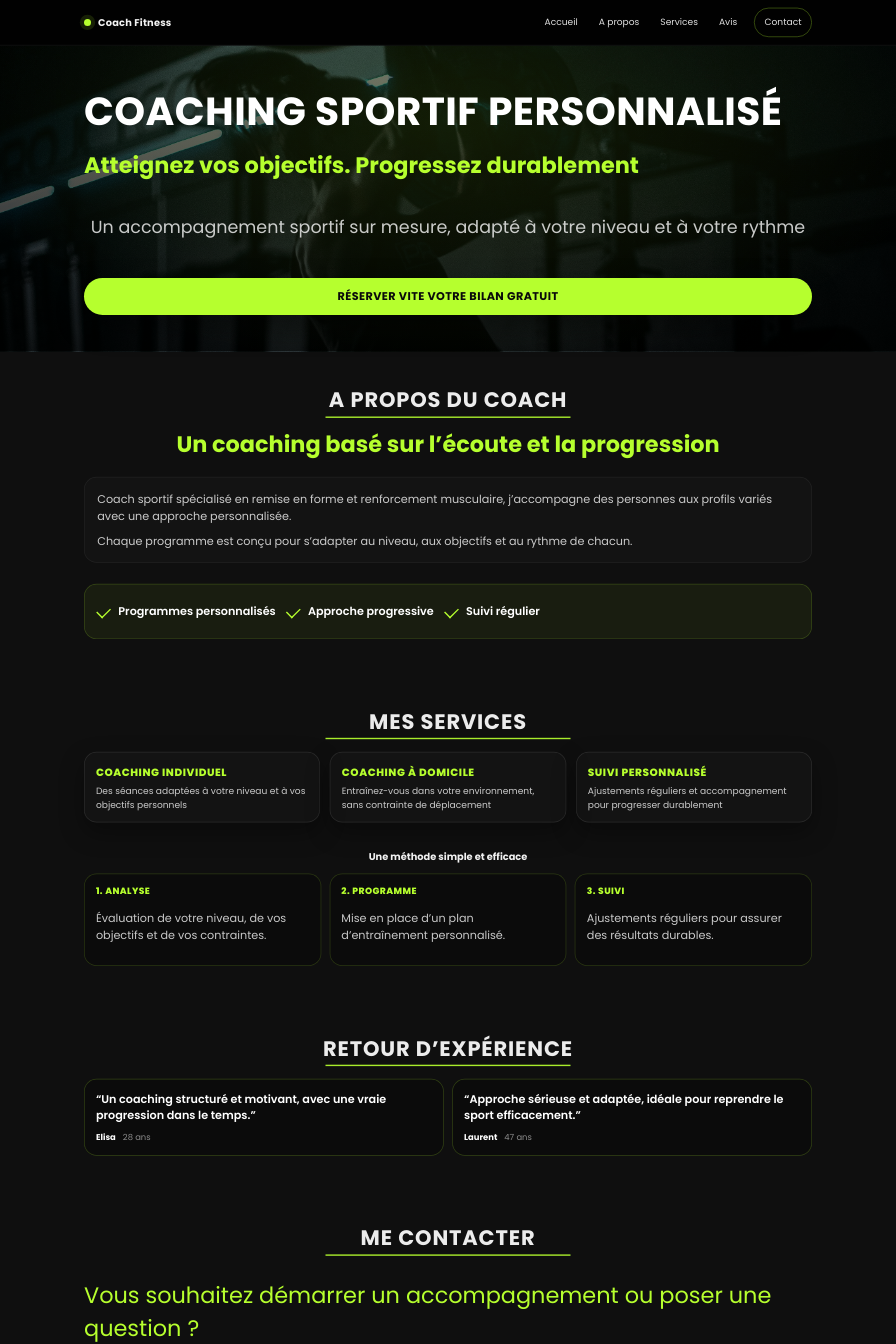
Repository: ThomasHdrd/CoachFitness
Page: index.html
The author's editor kept a copy of each file at every save. The page is drawn from the files as they stood at one save, then again after the next save.
The browser window is 1280 px wide. The pictures show the part of the page from y = 0 to 1920 px (the page is 3212 px tall), at 70% of full size.

Above is the page before, as saved 2026-01-20 22:15:18.

### index.html
<!doctype html>
<html lang="fr">
<head>
  <meta charset="utf-8" />
  <meta name="viewport" content="width=device-width, initial-scale=1" />
  <title>Coach Fitness — Landing Page</title>

  <!-- Poppins -->
  <link rel="preconnect" href="https://fonts.googleapis.com">
  <link rel="preconnect" href="https://fonts.gstatic.com" crossorigin>
  <link href="https://fonts.googleapis.com/css2?family=Poppins:wght@300;400;500;600;700;800&display=swap" rel="stylesheet">

  <link rel="stylesheet" href="styles.css" />
</head>
<body>
  <!-- Header -->
  <header class="site-header" id="top">
    <div class="container header-inner">
      <a class="brand" href="#top" aria-label="Retour en haut">
        <span class="brand-dot" aria-hidden="true"></span>
        <span class="brand-text">Coach Fitness</span>
      </a>

      <button class="nav-toggle" aria-controls="site-nav" aria-expanded="false">
        <span class="sr-only">Ouvrir le menu</span>
        <span class="burger" aria-hidden="true"></span>
      </button>

      <nav class="site-nav" id="site-nav" aria-label="Navigation principale">
        <a class="nav-link" href="#accueil">Accueil</a>
        <a class="nav-link" href="#apropos">A propos</a>
        <a class="nav-link" href="#services">Services</a>
        <a class="nav-link" href="#avis">Avis</a>
        <a class="nav-link nav-cta" href="#contact">Contact</a>
      </nav>
    </div>
  </header>

  <main>
    <!-- HERO -->
    <section class="hero" id="accueil">
      <div class="hero-overlay" aria-hidden="true"></div>
      <div class="container hero-content">
        <p class="hero-kicker">Coaching sportif personnalisé</p>
        <h1 class="hero-title accent">Atteignez vos objectifs. Progressez durablement</h1>
        <p class="hero-subtitle">
          Un accompagnement sportif sur mesure, adapté à votre niveau et à votre rythme
        </p>
        <a class="btn btn-primary" href="#contact">RÉSERVER VITE VOTRE BILAN GRATUIT</a>
      </div>
    </section>

    <!-- A PROPOS -->
    <section class="section" id="apropos">
      <div class="container">
        <h2 class="section-title">A PROPOS DU COACH</h2>
        <h3 class="section-lead accent">Un coaching basé sur l’écoute et la progression</h3>

        <div class="about-grid">
          <div class="about-text">
            <p class="muted">
              Coach sportif spécialisé en remise en forme et renforcement musculaire, j’accompagne des personnes aux profils variés
              avec une approche personnalisée.
            </p>
            <p class="muted">
              Chaque programme est conçu pour s’adapter au niveau, aux objectifs et au rythme de chacun.
            </p>
          </div>
        </div>
        <div class="about-list">
            <ul class="checks">
                <li>Programmes personnalisés</li>
                <li>Approche progressive</li>
                <li>Suivi régulier</li>
            </ul>
        </div>
      </div>
    </section>

    <!-- SERVICES -->
    <section class="section" id="services">
      <div class="container">
        <h2 class="section-title">MES SERVICES</h2>

        <div class="cards">
          <article class="card">
            <h3 class="card-title accent">COACHING INDIVIDUEL</h3>
            <p class="card-text">Des séances adaptées à votre niveau et à vos objectifs personnels</p>
          </article>

          <article class="card">
            <h3 class="card-title accent">COACHING À DOMICILE</h3>
            <p class="card-text">Entraînez-vous dans votre environnement, sans contrainte de déplacement</p>
          </article>

          <article class="card">
            <h3 class="card-title accent">SUIVI PERSONNALISÉ</h3>
            <p class="card-text">Ajustements réguliers et accompagnement pour progresser durablement</p>
          </article>
        </div>

        <div class="method">
          <h3 class="method-title">Une méthode simple et efficace</h3>

          <div class="method-steps">
            <div class="step">
              <div class="step-num accent">1. ANALYSE</div>
              <p class="muted">Évaluation de votre niveau, de vos objectifs et de vos contraintes.</p>
            </div>
            <div class="step">
              <div class="step-num accent">2. PROGRAMME</div>
              <p class="muted">Mise en place d’un plan d’entraînement personnalisé.</p>
            </div>
            <div class="step">
              <div class="step-num accent">3. SUIVI</div>
              <p class="muted">Ajustements réguliers pour assurer des résultats durables.</p>
            </div>
          </div>
        </div>
      </div>
    </section>

    <!-- AVIS -->
    <section class="section" id="avis">
      <div class="container">
        <h2 class="section-title">RETOUR D’EXPÉRIENCE</h2>

        <div class="testimonials">
          <figure class="testimonial">
            <blockquote>
              “Un coaching structuré et motivant, avec une vraie progression dans le temps.”
            </blockquote>
            <figcaption>
              <span class="name">Elisa</span>
              <span class="meta">28 ans</span>
            </figcaption>
          </figure>

          <figure class="testimonial">
            <blockquote>
              “Approche sérieuse et adaptée, idéale pour reprendre le sport efficacement.”
            </blockquote>
            <figcaption>
              <span class="name">Laurent</span>
              <span class="meta">47 ans</span>
            </figcaption>
          </figure>
        </div>
      </div>
    </section>

    <!-- CONTACT -->
    <section class="section" id="contact">
      <div class="container">
        <h2 class="section-title">ME CONTACTER</h2>
        <p class="contact-lead accent">
          Vous souhaitez démarrer un accompagnement ou poser une question ?<br />
          N’hésitez pas à me contacter.
        </p>

        <form class="form" id="contactForm" novalidate>
          <div class="field">
            <label for="nom">Nom</label>
            <input id="nom" name="nom" type="text" autocomplete="family-name" required />
            <small class="error" data-error-for="nom"></small>
          </div>

          <div class="field">
            <label for="prenom">Prénom</label>
            <input id="prenom" name="prenom" type="text" autocomplete="given-name" required />
            <small class="error" data-error-for="prenom"></small>
          </div>

          <div class="field">
            <label for="email">Email</label>
            <input id="email" name="email" type="email" autocomplete="email" required />
            <small class="error" data-error-for="email"></small>
          </div>

          <div class="field">
            <label for="message">Message</label>
            <textarea id="message" name="message" rows="5" required></textarea>
            <small class="error" data-error-for="message"></small>
          </div>

          <button class="btn btn-primary btn-wide" type="submit">ENVOYER</button>
          <p class="form-note muted" id="formStatus" role="status" aria-live="polite"></p>
        </form>
      </div>
    </section>

    <!-- FAQ -->
    <section class="section" id="faq">
      <div class="container">
        <h2 class="section-title">QUESTIONS FRÉQUENTES</h2>

        <div class="faq">
          <details class="faq-item" open>
            <summary>À qui s’adresse le coaching ?</summary>
            <div class="faq-body muted">
              Le coaching s’adresse à toute personne souhaitant reprendre le sport, améliorer sa condition physique ou atteindre un objectif précis
              (remise en forme, renforcement musculaire, perte de poids, bien-être). Les programmes sont adaptés au niveau, au rythme et aux contraintes de chacun.
            </div>
          </details>

          <details class="faq-item">
            <summary>Faut-il déjà être sportif pour commencer ?</summary>
            <div class="faq-body muted">
              Non. Le coaching s’adapte à votre niveau actuel. La progression est construite étape par étape, avec une intensité ajustée.
            </div>
          </details>

          <details class="faq-item">
            <summary>Comment se déroule le suivi ?</summary>
            <div class="faq-body muted">
              Après une analyse de votre situation, un programme personnalisé est mis en place puis ajusté régulièrement selon vos retours et votre progression.
            </div>
          </details>

          <details class="faq-item">
            <summary>Le coaching se fait-il à domicile ou en salle ?</summary>
            <div class="faq-body muted">
              Les deux sont possibles. Le format dépend de vos préférences, de votre matériel et de vos contraintes de planning.
            </div>
          </details>

          <details class="faq-item">
            <summary>Le premier échange est-il gratuit ?</summary>
            <div class="faq-body muted">
              Oui. Le premier échange permet de comprendre votre besoin et de déterminer l’accompagnement le plus adapté, sans engagement.
            </div>
          </details>
        </div>
      </div>
    </section>
  </main>

  <!-- Footer -->
  <footer class="site-footer">
    <div class="container footer-inner">
      <p class="footer-tag muted">Coaching personnalisé • Progression durable • Bien-être</p>
      <p class="footer-copy muted">© 2026 Coach Sportif Indépendant • Tous droits réservés.</p>
    </div>
  </footer>

  <script src="app.js" defer></script>
</body>
</html>

### styles.css
:root{
  --bg: #0F0F0F;            /* demandé */
  --bar: rgba(0,0,0,.90);   /* header/footer */
  --accent: #B6FF2E;        /* demandé */
  --text: #FFFFFF;
  --muted: rgba(255,255,255,.78);
  --muted2: rgba(255,255,255,.62);
  --line: rgba(182,255,46,.38);
  --card: rgba(255,255,255,.04);
  --shadow: 0 16px 40px rgba(0,0,0,.45);
  --radius: 14px;
  --radius-lg: 18px;
  --max: 1040px;
}

*{ box-sizing: border-box; }
html{ scroll-behavior: smooth; }
body{
  margin:0;
  font-family: "Poppins", system-ui, -apple-system, Segoe UI, Roboto, Arial, sans-serif;
  background: var(--bg);
  color: var(--text);
}

.container{
  width:min(100% - 40px, var(--max));
  margin-inline:auto;
}

.sr-only{
  position:absolute;
  width:1px;height:1px;
  padding:0;margin:-1px;
  overflow:hidden;clip:rect(0,0,0,0);
  white-space:nowrap;border:0;
}

/* Header */
.site-header{
  position: sticky;
  top: 0;
  z-index: 50;
  background: var(--bar);
  backdrop-filter: blur(8px);
  border-bottom: 1px solid rgba(255,255,255,.06);
}

.header-inner{
  height: 64px;
  display:flex;
  align-items:center;
  justify-content:space-between;
  gap: 14px;
}

.brand{
  display:flex;
  align-items:center;
  gap:10px;
  text-decoration:none;
  color: var(--text);
  font-weight: 700;
  letter-spacing:.3px;
}
.brand-dot{
  width:10px;height:10px;
  border-radius:999px;
  background: var(--accent);
  box-shadow: 0 0 0 6px rgba(182,255,46,.12);
}
.brand-text{ font-size: 14px; opacity:.95; }

.site-nav{
  display:flex;
  align-items:center;
  gap: 18px;
}
.nav-link{
  color: var(--text);
  text-decoration:none;
  font-size: 13px;
  opacity: .88;
  transition: opacity .2s ease, color .2s ease;
  padding: 10px 6px;
}
.nav-link:hover{ opacity:1; color: var(--accent); }

.nav-cta{
  border: 1px solid rgba(182,255,46,.45);
  border-radius: 999px;
  padding: 10px 14px;
}
.nav-cta:hover{
  background: rgba(182,255,46,.10);
}

/* Mobile nav */
.nav-toggle{
  display:none;
  border:0;
  background: transparent;
  color: var(--text);
  padding: 10px;
  border-radius: 10px;
}
.nav-toggle:hover{ background: rgba(255,255,255,.06); }
.burger{
  width: 22px; height: 2px;
  display:block;
  background: var(--text);
  position: relative;
}
.burger::before,.burger::after{
  content:"";
  position:absolute;
  left:0;
  width:22px;height:2px;
  background: var(--text);
}
.burger::before{ top:-7px; }
.burger::after{ top:7px; }

/* Hero */
.hero{
  position: relative;
  min-height: 50vh;
  display:flex;
  align-items:center;
  padding: 52px 0;
  background:
    linear-gradient(180deg, rgba(0,0,0,.55), rgba(0,0,0,.88)),
    url("assets/hero.jpg") center/cover no-repeat;
  background-position: center 30%;
}
.hero-overlay{
  position:absolute;
  inset:0;
  background: radial-gradient(1200px 600px at 50% 25%, rgba(182,255,46,.10), transparent 60%);
  pointer-events:none;
}
.hero-content{
  position:relative;
  text-align:center;
}
.hero-kicker{
  margin:0 0 10px;
  font-size: 56px;
  max-width: fit-content;
  letter-spacing: .6px;
  text-transform: uppercase;
  font-weight: bold;
}
.hero-title{
  margin: 0 auto;
  font-size: 40px;
  max-width: fit-content;
  margin:0 0 10px;
}
.hero-title .accent{
  display:block;
  color: var(--accent);
  font-weight: 800;
  text-transform:none;
  margin-top: 8px;
  max-width: fit-content;
}
.hero-subtitle{
  margin: 16px auto 22px;
  padding-top: 30px;
  color: var(--muted);
  font-size: 25px;
  line-height: 1.55;
  padding-bottom: 30px;
}

/* Buttons */
.btn{
  display:inline-flex;
  align-items:center;
  justify-content:center;
  gap:10px;
  text-decoration:none;
  border: 0;
  cursor:pointer;
  font-weight: 700;
  letter-spacing: .6px;
  text-transform: uppercase;
  border-radius: 999px;
  padding: 14px 18px;
  box-shadow: var(--shadow);
}
.btn-primary{
  background: var(--accent);
  color: #0A0A0A;
  width: 100%;
}
.btn-primary:hover{
  background: transparent;
  border: 1px solid var(--accent);
  color: var(--accent);
  filter: brightness(.95);
}
.btn-wide{ width: 100%; margin-top: 10px; }

/* Sections */
.section{
  padding: 48px 0;
}
.section-title{
  text-align:center;
  margin: 0 0 14px;
  font-size: 30px;
  letter-spacing: 1.2px;
  text-transform: uppercase;
  opacity: .92;
}
.section-title::after {
    content: "";
    display: block;
    width: 350px;
    height: 2px;
    background-color: var(--accent);
    margin: 0 auto 0;
}
.section-lead{
  text-align:center;
  margin: 0 0 22px;
  font-size: 25px;
  font-weight: 700;
}
.accent{ color: var(--accent); font-size: 32px;}
.muted{ color: var(--muted); }
.muted2{ color: var(--muted2); }

/* About */
.about-grid{
  gap: 18px;
  align-items:start;
}
.about-text{
  background: rgba(255,255,255,.02);
  border: 1px solid rgba(255,255,255,.06);
  border-radius: var(--radius-lg);
  padding: 18px;
  margin-bottom: 30px;
}
.about-text p{ margin: 0 0 10px; }
.about-text p:last-child{ margin-bottom: 0; }

.checks{
  list-style: none;
  margin: 0;
  padding: 16px 18px;
  border-radius: var(--radius-lg);
  border: 1px solid rgba(182,255,46,.20);
  background: rgba(182,255,46,.06);
  display: flex;

  gap: 16px;
}
.checks li{
  position: relative;
  padding-left: 30px;
  margin: 10px 0;
  font-weight: 600;
}
.checks li::before{
  content:"";
  position:absolute;
  left:0; top: 6px;
  width: 16px; height: 10px;
  border-left: 2px solid var(--accent);
  border-bottom: 2px solid var(--accent);
  transform: rotate(-45deg);
}

/* Cards */
.cards{
  display:grid;
  gap: 14px;
  margin-top: 18px;
}
.card{
  background: rgba(255,255,255,.02);
  border: 1px solid rgba(255,255,255,.10);
  border-radius: var(--radius-lg);
  padding: 16px 16px 14px;
  box-shadow: 0 14px 34px rgba(0,0,0,.35);
}
.card-title{
  margin:0 0 6px;
  font-size: 15px;
  font-weight: 800;
  text-transform: uppercase;
  letter-spacing: .8px;
}
.card-text{
  margin:0;
  color: var(--muted);
  font-size: 13px;
  line-height: 1.55;
}

/* Method */
.method{
  margin-top: 26px;
  padding-top: 12px;
}
.method-title{
  text-align:center;
  margin: 0 0 14px;
  font-size: 14px;
  font-weight: 700;
  opacity: .95;
}
.method-steps{
  display:grid;
  gap: 12px;
}
.step{
  border: 1px solid rgba(182,255,46,.18);
  background: rgba(0,0,0,.25);
  border-radius: var(--radius-lg);
  padding: 14px 16px;
}
.step-num{
  font-weight: 800;
  letter-spacing: .6px;
  text-transform: uppercase;
  font-size: 13px;
  margin-bottom: 6px;
}

/* Testimonials */
.testimonials{
  display:grid;
  gap: 12px;
  margin-top: 18px;
}
.testimonial{
  margin:0;
  border: 1px solid rgba(182,255,46,.22);
  background: rgba(0,0,0,.25);
  border-radius: var(--radius-lg);
  padding: 16px;
}
.testimonial blockquote{
  margin:0 0 10px;
  color: var(--text);
  font-weight: 600;
  line-height: 1.5;
}
.testimonial figcaption{
  display:flex;
  gap: 10px;
  align-items:baseline;
  color: var(--muted2);
  font-size: 12px;
}
.testimonial .name{ color: var(--text); font-weight: 700; }
.testimonial .meta{ opacity:.85; }

/* Form */
.form{
  margin-top: 18px;
  border-radius: var(--radius-lg);
  border: 1px solid rgba(255,255,255,.08);
  background: rgba(0,0,0,.25);
  padding: 16px;
}
.field{ margin-bottom: 12px; }
label{
  display:block;
  font-size: 12px;
  font-weight: 700;
  letter-spacing: .4px;
  margin-bottom: 8px;
  color: var(--accent);
  text-transform: uppercase;
}
input, textarea{
  width:100%;
  font-family: inherit;
  font-size: 14px;
  color: #0A0A0A;
  background: #FFFFFF;
  border: 1px solid rgba(0,0,0,.12);
  border-radius: 10px;
  padding: 12px 12px;
  outline: none;
}
textarea{ resize: vertical; min-height: 110px; }
input:focus, textarea:focus{
  box-shadow: 0 0 0 4px rgba(182,255,46,.20);
  border-color: rgba(182,255,46,.55);
}
.error{
  display:block;
  min-height: 16px;
  margin-top: 6px;
  font-size: 12px;
  color: #FF6B6B;
}
.form-note{
  margin: 10px 0 0;
  font-size: 12px;
}

/* FAQ */
.faq{
  margin-top: 18px;
  border-radius: var(--radius-lg);
  overflow:hidden;
  border: 1px solid rgba(182,255,46,.16);
  background: rgba(0,0,0,.25);
}
.faq-item{
  border-top: 1px solid rgba(182,255,46,.12);
}
.faq-item:first-child{ border-top: 0; }
.faq-item summary{
  list-style:none;
  cursor:pointer;
  padding: 14px 16px;
  font-weight: 700;
  font-size: 13px;
  position: relative;
}
.faq-item summary::-webkit-details-marker{ display:none; }
.faq-item summary::after{
  content:"+";
  position:absolute;
  right: 16px;
  top: 10px;
  width: 28px; height: 28px;
  display:grid;
  place-items:center;
  border-radius: 999px;
  color: var(--accent);
  border: 1px solid rgba(182,255,46,.28);
  background: rgba(182,255,46,.08);
}
.faq-item[open] summary::after{ content:"–"; }
.faq-body{
  padding: 0 16px 16px;
  font-size: 13px;
  line-height: 1.6;
}

/* Footer */
.site-footer{
  background: var(--bar);
  border-top: 1px solid rgba(255,255,255,.06);
  padding: 18px 0;
}
.footer-inner{
  text-align:center;
  display:grid;
  gap: 8px;
}
.footer-tag, .footer-copy{
  margin:0;
  font-size: 12px;
}

/* Responsive */
@media (min-width: 820px){
  .hero-content{ text-align:center; }
  .about-grid{
    grid-template-columns: 1.2fr .8fr;
    gap: 18px;
  }
  .cards{
    grid-template-columns: repeat(3, 1fr);
  }
  .method-steps{
    grid-template-columns: repeat(3, 1fr);
  }
  .testimonials{
    grid-template-columns: repeat(2, 1fr);
  }
}

/* Mobile nav behavior */
@media (max-width: 760px){
  .nav-toggle{ display:inline-flex; }
  .site-nav{
    position: fixed;
    inset: 64px 12px auto 12px;
    background: rgba(0,0,0,.95);
    border: 1px solid rgba(255,255,255,.08);
    border-radius: 16px;
    padding: 12px;
    display:none;
    flex-direction: column;
    gap: 6px;
    box-shadow: 0 18px 50px rgba(0,0,0,.6);
  }
  .site-nav.is-open{ display:flex; }
  .nav-link{ width:100%; text-align:center; padding: 12px; }
  .nav-cta{ width:100%; }
}

### app.js
// Mobile menu toggle
const toggle = document.querySelector('.nav-toggle');
const nav = document.querySelector('#site-nav');

if (toggle && nav) {
  toggle.addEventListener('click', () => {
    const isOpen = nav.classList.toggle('is-open');
    toggle.setAttribute('aria-expanded', String(isOpen));
  });

  // Close menu on link click (mobile)
  nav.querySelectorAll('a').forEach(a => {
    a.addEventListener('click', () => {
      nav.classList.remove('is-open');
      toggle.setAttribute('aria-expanded', 'false');
    });
  });

  // Close on ESC
  document.addEventListener('keydown', (e) => {
    if (e.key === 'Escape') {
      nav.classList.remove('is-open');
      toggle.setAttribute('aria-expanded', 'false');
    }
  });
}

// FAQ: allow only one open at a time (optional premium behavior)
const faqItems = document.querySelectorAll('.faq-item');
faqItems.forEach((item) => {
  item.addEventListener('toggle', () => {
    if (item.open) {
      faqItems.forEach((other) => {
        if (other !== item) other.open = false;
      });
    }
  });
});

// Contact form validation (front only, demo)
const form = document.getElementById('contactForm');
const statusEl = document.getElementById('formStatus');

function setError(name, message) {
  const el = document.querySelector(`[data-error-for="${name}"]`);
  if (el) el.textContent = message || '';
}

function isEmail(v) {
  return /^[^\s@]+@[^\s@]+\.[^\s@]+$/.test(v);
}

if (form) {
  form.addEventListener('submit', (e) => {
    e.preventDefault();

    const data = new FormData(form);
    const nom = String(data.get('nom') || '').trim();
    const prenom = String(data.get('prenom') || '').trim();
    const email = String(data.get('email') || '').trim();
    const message = String(data.get('message') || '').trim();

    let ok = true;

    setError('nom', '');
    setError('prenom', '');
    setError('email', '');
    setError('message', '');
    if (statusEl) statusEl.textContent = '';

    if (!nom) { setError('nom', 'Veuillez renseigner votre nom.'); ok = false; }
    if (!prenom) { setError('prenom', 'Veuillez renseigner votre prénom.'); ok = false; }
    if (!email || !isEmail(email)) { setError('email', 'Veuillez renseigner un email valide.'); ok = false; }
    if (!message || message.length < 10) { setError('message', 'Veuillez écrire un message (min. 10 caractères).'); ok = false; }

    if (!ok) return;

    // Demo success
    form.reset();
    if (statusEl) statusEl.textContent = "Message envoyé (démo). Je reviens vers vous au plus vite.";
  });
}

After the next save:
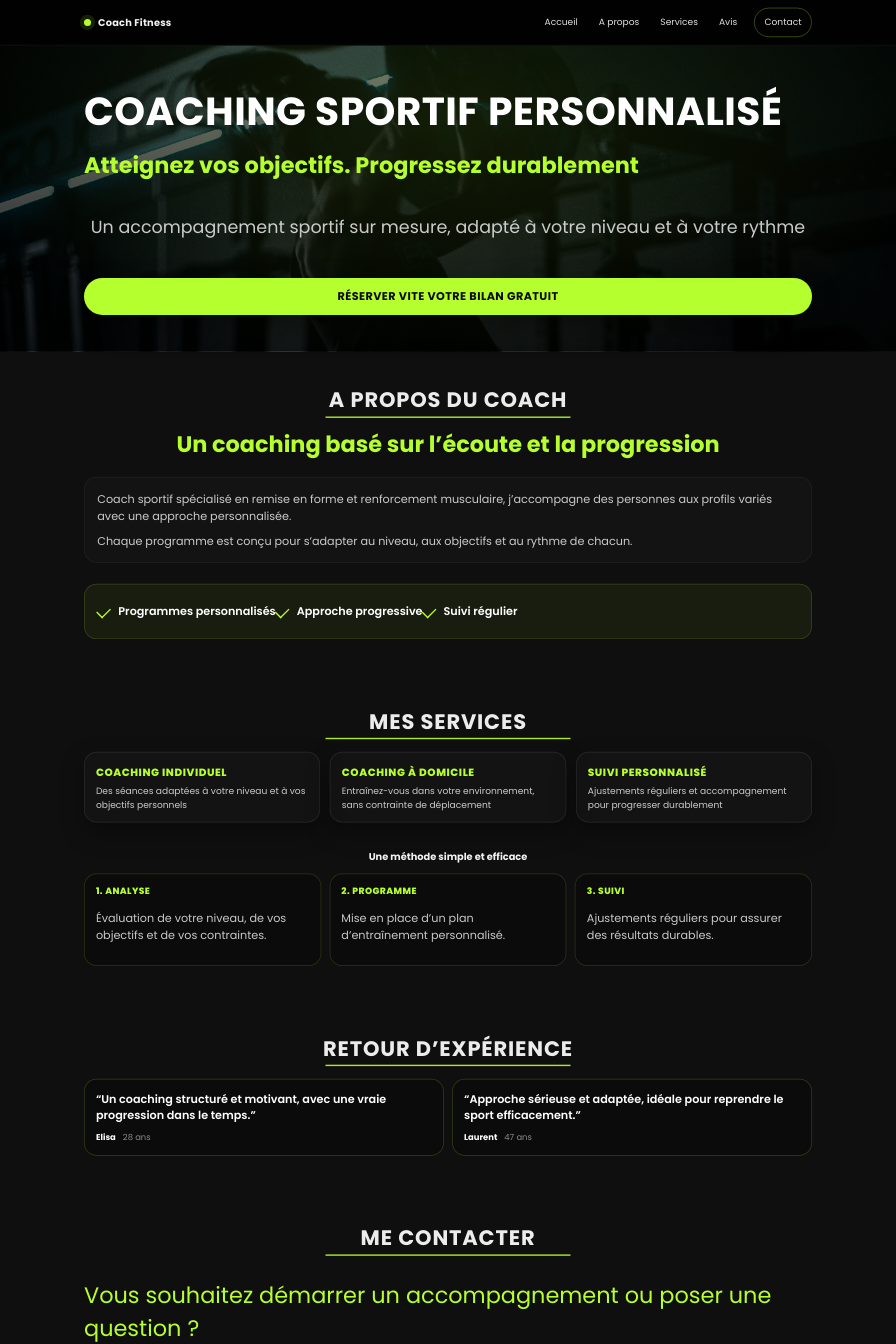
Saved 7 s later.
--- a/styles.css
+++ b/styles.css
@@ -255,8 +255,8 @@
   border: 1px solid rgba(182,255,46,.20);
   background: rgba(182,255,46,.06);
   display: flex;
-
-  gap: 16px;
+  flex-wrap: wrap;
+  justify-content: justify;
 }
 .checks li{
   position: relative;
